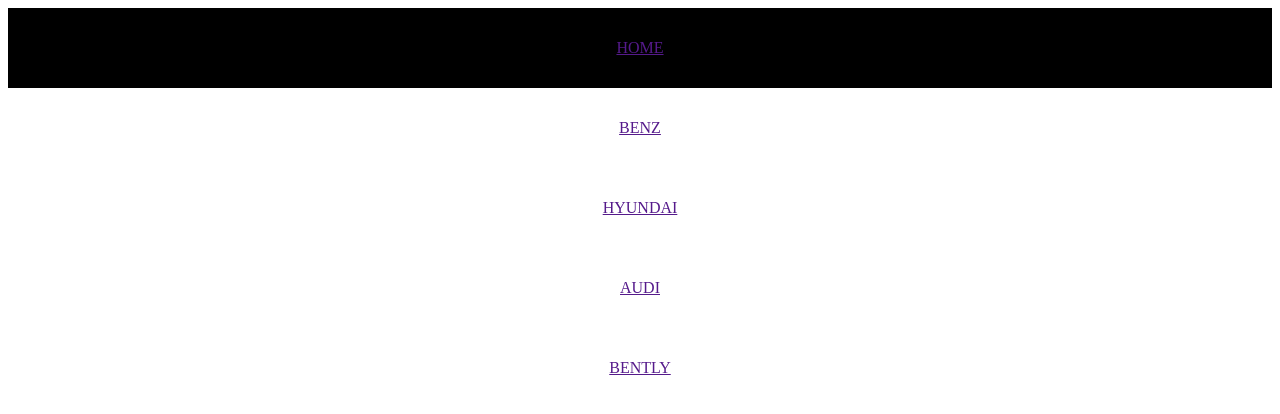
Repository: keeka2/webPractice
Page: MyStudy/HTML_Study/work/web/WebContent/apple.html
An editor plug-in stored every save of this project. The page is shown before and after the next save, followed by the edit.
The browser window is 1280 px wide. The pictures show the whole page.

Above is the page before, as saved 2020-08-24 06:59:01.

After the next save:
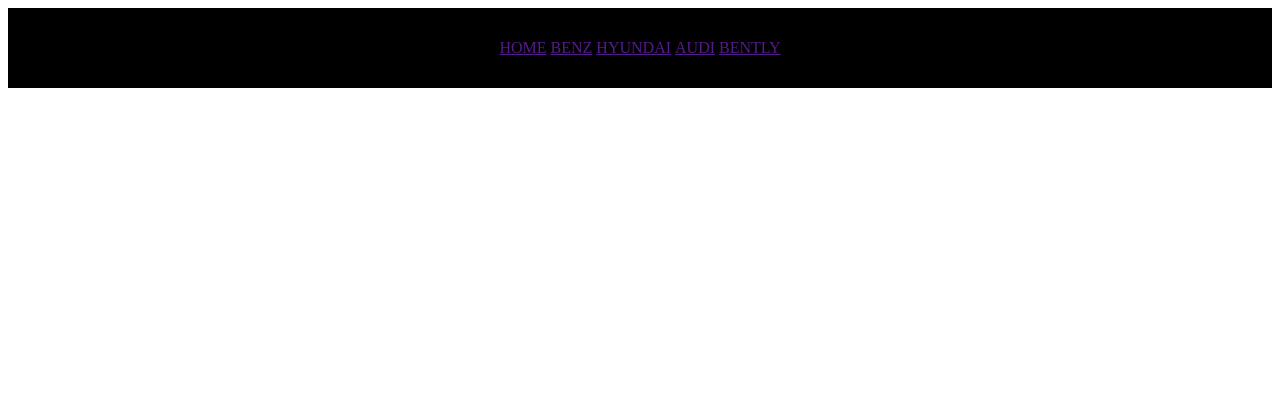
Saved 4 min 42 s later.
--- a/MyStudy/HTML_Study/work/web/WebContent/apple.html
+++ b/MyStudy/HTML_Study/work/web/WebContent/apple.html
@@ -17,6 +17,13 @@
 		text-align: center;
 		line-height: 80px;
 	}
+	ul#li>a{
+		line-height: 80px;
+		text-decoration= none;
+	}
+	ul#menu>li{
+		display: inline;
+	}
 </style>
 </head>
 <body>
